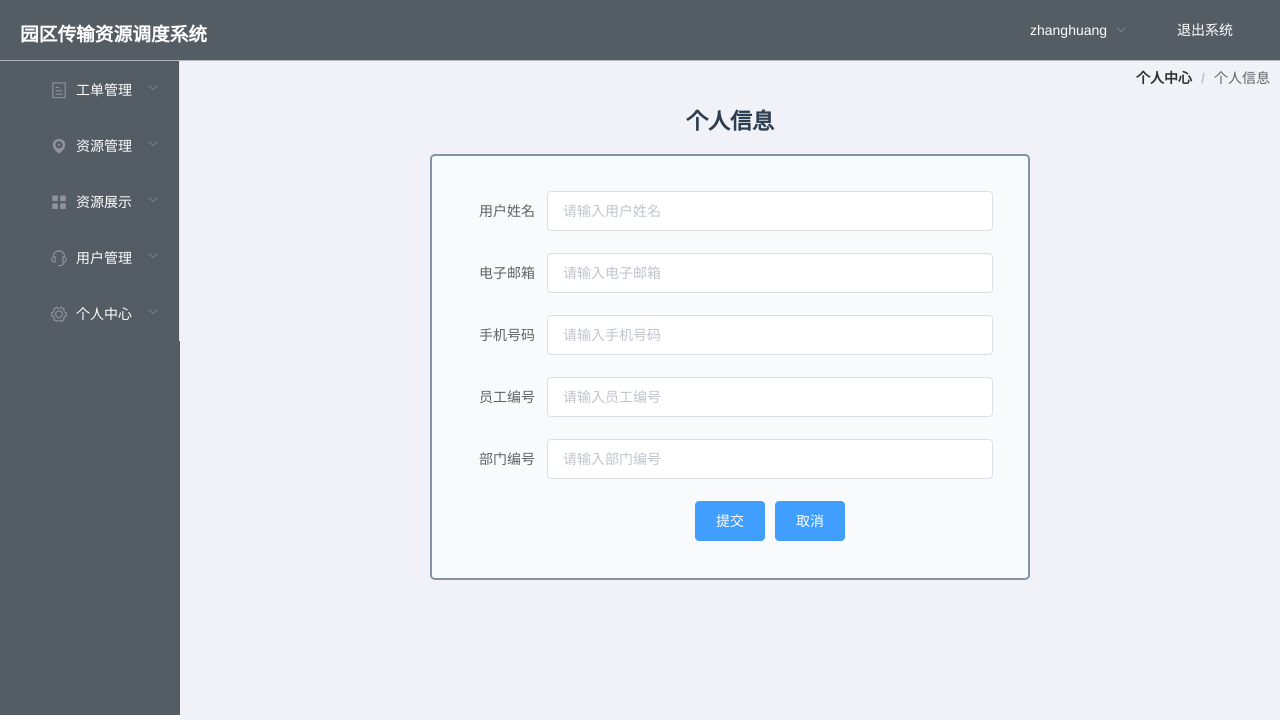
Repository: LezBaishi/yqpass
Page: /#/personcenter (app in yqpass-v1.5/frontend/)
An editor plug-in stored every save of this project. The page is shown before and after the next save, followed by the edit.
The browser window is 1280 px wide. The pictures show the whole page.
The page's requests for data from a server got no answer. The project was rebuilt for these pictures with package versions that can differ from the ones it lists, and the page was loaded fresh each time. No one was signed in, and anything a server would have sent is missing. Also part of the build but not shown: yqpass-v1.5/frontend/src/components/OrderlistNew.vue, yqpass-v1.5/frontend/src/components/OrderDetailUnfinished.vue, yqpass-v1.5/frontend/src/components/OrderlistUnfinished.vue, yqpass-v1.5/frontend/src/components/OrderDetailCompleted.vue, yqpass-v1.5/frontend/src/components/OrderlistCompleted.vue, yqpass-v1.5/frontend/src/components/Orderlist.vue, yqpass-v1.5/frontend/src/components/ResCableDetail.vue, yqpass-v1.5/frontend/src/components/ResCable.vue and 13 more.

Above is the page before, as saved 2018-10-21 17:27:05.

### yqpass-v1.5/frontend/index.html
<!DOCTYPE html>
<html>
  <head>
    <meta charset="utf-8">
    <meta name="viewport" content="width=device-width,initial-scale=1.0">
    <title>zhang</title>
  </head>
  <body>
    <div id="app"></div>
    <!-- built files will be auto injected -->
  </body>
</html>

### yqpass-v1.5/frontend/src/main.js
// The Vue build version to load with the `import` command
// (runtime-only or standalone) has been set in webpack.base.conf with an alias.
import Vue from 'vue'
import App from './App'
import router from './router'
import ElementUI from 'element-ui'
import 'element-ui/lib/theme-chalk/index.css'
import $ from 'jquery'
import store from './store/store'

import './axios/'
import Axios from 'axios'
Axios.defaults.withCredentials = true
Vue.prototype.$http = Axios


Vue.use(ElementUI)
Vue.config.productionTip = false

/* eslint-disable no-new */
new Vue({
  el: '#app',
  store,
  router,
  components: { App },
  template: '<App/>'
})

### yqpass-v1.5/frontend/src/store/store.js
// The Vue build version to load with the `import` command
// (runtime-only or standalone) has been set in webpack.base.conf with an alias.
import Vue from 'vue'
import Vuex from 'vuex'

import mutations from './mutations';
import * as actions from './actions';
import * as getters from './getters';

Vue.use(Vuex);

import cookie from '../static/js/cookie'

const userInfo = {
	name:cookie.getCookie('name')||'',
	token:cookie.getCookie('token')||''
}

const state = {
	userInfo
}

export default new Vuex.Store({
	state,
	mutations,
	actions,
	getters
});

### yqpass-v1.5/frontend/src/axios/index.js
// The Vue build version to load with the `import` command
// (runtime-only or standalone) has been set in webpack.base.conf with an alias.
import Vue from 'vue'
import axios from 'axios'

import store from '../store/store'

import * as types from '../store/mutation-types';
import router from '../router'

axios.defaults.withCredentials = true

// 创建axios实例
const service = axios.create({
	 timeout: 5000, // 请求的超时时间
	 withCredentials: true // 允许携带cookie
})

// request拦截器
service.interceptors.request.use(
 config => {
 // 发送请求之前，要做的业务
 	if (config.method=='post') {
 		config.headers['Content-Type'] = application/json
 	}
 	return config
 },
 error => {
 // 错误处理代码

 return Promise.reject(error)
 }
)

// response拦截器
service.interceptors.response.use(
 response => {
 // 数据响应之后，要做的业务
 return response
 },
 error => {
 return Promise.reject(error)
 }
)
export default service

### yqpass-v1.5/frontend/src/components/Layout.vue
<template lang="html">
  <el-row class="panel">
    <el-row class="top">
      <el-col :span='24' class="panel-top">
        <el-col style="width:240px; padding-left:20px; height: 100%;align-items: flex-end;">
          <!-- <img src="../assets/logo1.png"  alt="log" class="img" /> -->
          <!-- <a style="font-size: 28px;color: #ffffff;">ChinaMobile</a> -->
          <h3 style="color:#ffffff;">{{ msg }}</h3>
        </el-col>
        <el-col class='rightbar'>
          <el-menu router mode="horizontal" @select="handleSelect" background-color="#545c64" text-color="#fff" active-text-color="#ffd04b">
            <el-submenu index="1">
              <template slot="title">zhanghuang</template>
              <el-menu-item index="/personcenter">个人中心</el-menu-item>
            </el-submenu>
            <el-menu-item index="2">退出系统</el-menu-item>
          </el-menu>
            <!-- <el-dropdown trigger="click"  placement="bottom-end" v-if="userInfo.name">
            <span class="el-dropdown-link" v-model="name" style="cursor: pointer;font-weight:700l;font-size:15px;">
              欢迎您： {{userInfo.name}}<i class="el-icon-caret-bottom el-icon--right"></i>
            </span>
            <el-dropdown-menu slot="dropdown">
              <el-dropdown-item @click.native="toPersonCenter">个人中心</el-dropdown-item>
              <el-dropdown-item @click.native="toLogin">退出登录</el-dropdown-item>
            </el-dropdown-menu>
          </el-dropdown>
          <el-dropdown trigger="click" placement="top" v-else>
            <span class="el-dropdown-link" v-model="name" style="cursor: pointer;font-weight:700l;font-size:15px;">
              您好，请先登录<i class="el-icon-caret-bottom el-icon--right"></i>
            </span>
            <el-dropdown-menu slot="dropdown">
              <el-dropdown-item @click.native="firstLogin">前往登录</el-dropdown-item>
              <el-dropdown-item @click.native="firstRes">前往注册</el-dropdown-item>
            </el-dropdown-menu>
          </el-dropdown>             -->
        </el-col>
      </el-col>
    </el-row>
    <!-- <el-row class="top-nav">
      <el-col :span=10 :push="3">
          <el-tabs v-model="activeName" :stretch="true" @tab-click="handleClick" type="border-card">
          	<el-tab-pane v-for="(item, index) in label_list" :key="index" :label="item.title" :name="index">{{ item.title }}</el-tab-pane>
          </el-tabs>
      </el-col>
    </el-row> -->
    <el-row class="panel-center">
      <router-view></router-view>
    </el-row>
  </el-row>
</template>

<script>
import Orderlist from '../components/Orderlist'
import Resmanagement from '../components/Resmanagement'
import PersonCenter from '@/components/PersonCenter'
import { logout,getUserDetail } from '../api/api'
import { mapGetters } from 'vuex';
export default {
  components: {
  	Orderlist,
  	Resmanagement,
  	PersonCenter
  },
  data () {
    return {
      activeName: '0',
      msg: '园区传输资源调度系统',
      label_list: [
        {
          title: '工单管理',
        },
        {
          title: '资源管理',
        },
        {
          title: '资源展示',
        },
        {
          title: '用户管理',
        }
      ]
    }
  },
  computed: {
  	...mapGetters({
  		userInfo: 'userInfo'
  	})
  },
  methods: {
    handleClick (tab, event) {
      console.log(tab, event);
      let urlStr = '/' + this.activeName;
      this.$router.push(urlStr);
    },
    toPersonCenter () {
	  	  getUserDetail({}).then((response)=> {
	  		if (response.data.code == 1) {
	  			this.$router.push({path: '/personcenter'})
	  		}else{
	  			return response.data.msg
	  		}
	  	})

    },
    toLogin () {
    	this.$confirm('是否确定退出系统', '提示', {
    		confirmButtonText: '确定',
    		cancelButtonText: '取消',
    		type: 'warning'
    	}).then(() => {
		  	  logout({}).then((response)=> {
		  		console.log(response);
		  		if (response.data.code == 1) {
    				this.$router.push({path: '/login'})
		  		}else{
		  			return response.data.msg
		  		}
		  	})
    	}).catch(() => {

    	});
    },
    firstLogin () {
    	this.$router.push({path: '/login'})
    },
    firstRes () {
    	this.$router.push({path: '/reg'})
    }
  }
}
</script>

<!-- Add "scoped" attribute to limit CSS to this component only -->
<style lang="css" scoped>
h1, h2 {
  font-weight: normal;
}
ul {
  list-style-type: none;
  padding: 0;
}
li {
  display: inline-block;
  margin: 0 10px;
}
a {
  color: #42b983;
}
.panel {
  position:absolute;
  top:0;
  bottom: 5px;
  left: 0;
  right: 0;
  background:#ffffff;
}
.panel-top {
  display: flex;
  justify-content: space-between;
  height: 60px;
  background: #545c64;
  /* color: #c0ccda; */
  text-align: left;
  /* padding-left: 70px; */
}
.img{
  height:60px;
  left:0px;
  top:0px;
}
.rightbar {
  width: 280px;
  /* text-align: right; */
  /* padding-right: 20px; */
  /* line-height:50px; */
  /* align-items: center; */
  /* justify-content: flex-end; */
}
.top-nav {
	height: 40px;
}
.panel-center {
  background: #545c64;
  position: absolute;
  top: 60px;
  bottom: 0px;
  width: 100%;
  margin: auto 0;
    /*最外层要hidden*/
    /*这是行，绝对定位之后没有宽度因此必须设置width*/
}
.breadcrumb {
  margin-bottom: 10px;
}
.button_nav {
  margin-bottom: 10px;
}
.panel-c-c {
    /*这是列，因为已经有了列的宽度因此无需设置width*/
  background: #f1f2f7;
  position: absolute;
  right: 0px;
  top: 0px;
  bottom: 0px;
    /*内层设置滚动*/
  padding: 10px;
}
</style>

### yqpass-v1.5/frontend/src/components/PersonCenter.vue
<template lang="html">
  <div>
  	<el-row class="sidebar">
  	<el-col>
        <el-menu router default-active="2" @open="handleOpen" @close="handleClose" background-color="#545c64" text-color="#fff" active-text-color="#ffd04b">
            <el-submenu index="1">
              <template slot="title">
                <i class="el-icon-tickets"></i>
                <span>工单管理</span>
              </template>
              <el-menu-item index="/0/orderNew">新建工单</el-menu-item>
              <el-menu-item index="/0/orderUnfinished">待办工单</el-menu-item>
              <el-menu-item index="/0/orderCompleted">已办工单</el-menu-item>
            </el-submenu>
            <el-submenu index="2">
              <template slot="title">
                <i class="el-icon-location"></i>
                <span>资源管理</span>
              </template>
              <el-menu-item index="/1/resCable">光缆总表</el-menu-item>
              <el-menu-item index="/1/resCircuit">已用电路</el-menu-item>
            </el-submenu>
            <el-submenu index="3">
              <template slot="title">
                <i class="el-icon-menu"></i>
                <span>资源展示</span>
              </template>
            </el-submenu>
            <el-submenu index="4">
              <template slot="title">
                <i class="el-icon-service"></i>
                <span>用户管理</span>
              </template>
              <el-menu-item index="/3/userList">用户列表</el-menu-item>
              <el-menu-item index="/3/roleList">角色列表</el-menu-item>
              <el-menu-item index="/3/deptList">部门列表</el-menu-item>
            </el-submenu>
            <el-submenu index="5">
              <template slot="title">
                <i class="el-icon-setting"></i>
                <span>个人中心</span>
              </template>
              <el-menu-item index="/personcenter/infor">个人信息</el-menu-item>
              <el-menu-item index="/personcenter/changepass">修改密码</el-menu-item>
            </el-submenu>
          </el-menu>
        </el-col>
      </el-row>
      <el-row class="panel-c-c">
        <!-- <el-menu router :default-active="$route.path" theme="dark" @open="handleOpen" @close="handleClose">
          <el-submenu>
            <template slot="title">个人中心</template>
            <el-menu-item index="/personcenter/infor">个人信息</el-menu-item>
            <el-menu-item index="/personcenter/changepass">修改密码</el-menu-item>
          </el-submenu>
        </el-menu> -->
      <el-col>
      	<router-view></router-view>
      </el-col>
    </el-row>
  </div>
</template>

<script>
import PersonInfor from '@/components/PersonInfor'
import PersonChangepass from '@/components/PersonChangepass'
export default {
  components: {
  	PersonInfor,
  	PersonChangepass
  },
  data () {
    return {

    }
  },
  methods: {

  }
}
</script>

<!-- Add "scoped" attribute to limit CSS to this component only -->
<style lang="css" scoped>
.container {
	position: absolute;
  	height: 100%;
  	width: 100%;
}
.sidebar {
	position: fixed;
  top: 60px;
  bottom: 0px;
  left: 0px;
  width: 180px;
  border-top: 1px solid RGBA(178,184,190,1);
  z-index: 2000;
  overflow-x: scroll;
}
.panel-c-c {
    /*这是列，因为已经有了列的宽度因此无需设置width*/
  background: #f1f2f7;
  position: fixed;
  top: 60px;
  bottom: 0px;
  left: 180px;
  right: 0px;
  border-top: 1px solid RGBA(178,184,190,1);
  overflow-y: scroll;
    /*内层设置滚动*/
  padding: 10px;
}
</style>

### yqpass-v1.5/frontend/src/components/PersonInfor.vue
<template lang="html">
  <div>
    <el-row class="container">
    <el-row>
          <!--<el-col :span='12' class="button_nav">
            <el-button type="primary" icon="el-icon-edit" size="mini" circle style='float: left;' @click="searchBtn"></el-button>
            <el-button type="primary" icon="el-icon-refresh" size="mini" circle style='float: left;'></el-button>
          </el-col>-->
          <el-col :offset="12" :span='12' class="breadcrumb">
            <el-breadcrumb separator="/" style='float: right;'>
              <el-breadcrumb-item :to="{ path: '/' }">个人中心</el-breadcrumb-item>
              <el-breadcrumb-item>个人信息</el-breadcrumb-item>
            </el-breadcrumb>
          </el-col>
    </el-row>
		  	<h2 style="font-size:22px;">个人信息</h2>
		  	<el-row class="content">
		  	<el-form ref="order_form" :model="order_form" status-icon :rules="order_rule" label-width="80px">
		  		<el-row>
		  			<el-form-item label="用户姓名" prop="alias">
		  				<el-input  placeholder="请输入用户姓名" v-model="order_form.alias"></el-input>
		  			</el-form-item>
		  		</el-row>
		  		<el-row>
		  			<el-form-item label="电子邮箱" prop="email">
		  				<el-input placeholder="请输入电子邮箱" v-model="order_form.email"></el-input>
		  			</el-form-item>
		  		</el-row>
		  		<el-row>
		  			<el-form-item label="手机号码" prop="phone">
		  				<el-input placeholder="请输入手机号码" v-model="order_form.phone"></el-input>
		  			</el-form-item>
		  		</el-row>
		  		<el-row>
		  			<el-form-item label="员工编号" prop="job_number">
		  				<el-input placeholder="请输入员工编号" v-model="order_form.job_number"></el-input>
		  			</el-form-item>
		  		</el-row>
		  		<el-row>
		  			<el-form-item label="部门编号" prop="dept_id">
		  				<el-input placeholder="请输入部门编号" v-model="order_form.dept_id"></el-input>
		  			</el-form-item>
		  		</el-row>
		  		<el-row>
		  			<el-form-item>
		  				<el-button type="primary" @click="updateUserinfo('order_form')">提交</el-button>
		  				<el-button type="primary" @click="pass">取消</el-button>
		  			</el-form-item>
		  		</el-row>
		  	</el-form>
  </el-row>
  </el-row>
  </div>
</template>

<script>
import { getUserDetail,updateUserInfo,getToken } from '../api/api'
export default {
  data () {
  	var checkAlias = (rule,value,callback)=>{
  		if (!value) {
  			return callback(new Error('用户姓名不能为空'));
  		} else {
  			callback();
  		}
  	};
  	var checkEmail = (rule,value,callback)=> {
  		var reg = new RegExp("^([a-zA-Z0-9_.-]+)\@(gd\.chinamobile\.com)$")
  		if (!value) {
  			return callback(new Error('邮箱不能为空'));
  		} else if (!reg.test(value)) {
  			return callback(new Error('邮箱格式不正确'));
  		} else {
  			callback();
  		}
  	};
  	var checkPhone = (rule, value, callback)=> {
  		var reg = new RegExp("^(13[0-9]|14[579]|15[0-3,5-9]|16[6]|17[0135678]|18[0-9]|19[89])[0-9]{8}$")
  		if (!value) {
  			return callback(new Error('电话号码不能为空'));
  		} else if (!reg.test(value)) {
  			return callback(new Error('电话号码格式不正确'));
  		} else {
  			callback();
  		}
  	};
  	var checkJob_number = (rule,value,callback)=>{
  		if (!value) {
  			return callback(new Error('员工编号不能为空'));
  		} else {
  			callback();
  		}
  	};
  	var checkDept_id = (rule,value,callback)=>{
  		if (!value) {
  			return callback(new Error('部门编号不能为空'));
  		} else {
  			callback();
  		}
  	};
    return {
    	csrf_token: '',
      order_form: {
      	alias: '',
      	email: '',
      	phone: '',
      	job_number: '',
      	dept_id: ''
      },
      order_rule: {
      	alias: [
      		{ validator:checkAlias, trigger:'blur' },
      	],
      	email: [
      		{ validator:checkEmail, trigger:'blur' },
      	],
      	phone: [
      		{ validator:checkPhone, trigger:'blur' },
      	],
      	job_number: [
      		{ validator:checkJob_number, trigger:'blur' },
      	],
      	dept_id: [
      		{ validator:checkDept_id, trigger:'blur' },
      	]
      }
    }
  },
  methods: {
  	submit () {
  		this.$router.push({path: '/'})
  	},
  	toReg () {
  		this.$router.push({path: '/reg'})
  	},
  	get_token () {
  	  getToken({}).then((response)=> {
  		if (response.data.code == 1) {
  			this.csrf_token = response.data.data
  			console.log(this.csrf_token)
  		}else{
  			return response[msg]
  		}
  	})
  	},
  	getUserinfo () {
	  	getUserDetail({}).then((response)=> {
	  		console.log(response);
	  		var dat = response.data.data;
	  		var that = this;
	  		if (response.data.code == 1) {
	  			that.order_form = dat;
	  		}
	  	})
  	},
  	updateUserinfo (formName) {
  		this.$refs[formName].validate((valid) => {
  			if (valid) {
	  		var that = this;
        let json = {};
        json["csrfmiddlewaretoken"] = that.csrf_token;
        json["alias"] = that.order_form.alias;
        json["email"] = that.order_form.email;
        json["phone"] = that.order_form.phone;
        json["job_number"] = that.order_form.job_number;
        json["dept_id"] = that.order_form.dept_id;
        var params = JSON.stringify(json);
	  		updateUserInfo(params).then((response)=> {
	  			console.log(response)
	  			if (response.data.code == 1) {
	  				this.$notify({
	  					title: '提示',
	  					message: '修改信息成功',
	  					type:"success",
	  					duration: 1500
	  				});
	  			}
	  		});
  			} else {
            console.log('error submit!!');
            return false;
  			}
  		})

  	}
  },
  created () {
  	this.getUserinfo();
  	this.get_token();
  }
}
</script>

<!-- Add "scoped" attribute to limit CSS to this component only -->
<style lang="css" scoped>
.container{
  height: 100%;
  width: 100%;
}
.el-form-item {
	text-align: center;
}
.content {
  -webkit-border-radius: 5px;
  border-radius: 5px;
  -moz-border-radius: 5px;
  background-color: #F9FAFC;
  margin: 15px auto 20px auto ;
  border: 2px solid #8492A6;
  width: 600px;
  padding: 35px 35px 15px 35px;
}
</style>

### yqpass-v1.5/frontend/src/store/mutations.js
import * as types from './mutation-types';
import cookie from '../static/js/cookie';
// 类似于事件 每个mutation都有字符类型的事件类型和回调函数
//全局引入vue
import Vue from 'vue';
import Axios from 'axios';
Vue.prototype.$http = Axios

export default {
    [types.SET_INFO] (state) {
        state.userInfo = {
            name:cookie.getCookie('name'),
        }
        console.log(state.userInfo);
    },

}

### yqpass-v1.5/frontend/src/store/actions.js
import * as types from './mutation-types';
// 提交mutation
function makeAction (type) {
  return ({ commit }, ...args) => commit(type, ...args);
};

export const setInfo = makeAction(types.SET_INFO);

### yqpass-v1.5/frontend/src/store/getters.js
export const userInfo = state => {
	return state.userInfo;
}

### yqpass-v1.5/frontend/src/static/js/cookie.js
//设置cookie,增加到vue实例方便全局调用
//vue全局调用的理由是，有些组件所用到的接口可能需要session验证，session从cookie获取
//当然，如果session保存到vuex的话除外
//全局引入vue
var cookie={
  setCookie (c_name, value, expiredays){
    var exdate = new Date();
    exdate.setTime(exdate.getTime()+expiredays);
    exdate.setDate(exdate.getDate() + expiredays);
    document.cookie = c_name + "=" + escape(value) + ((expiredays == null) ? "" : ";expires=" + exdate.toGMTString());
  },
  getCookie(name){
    var arr, reg = new RegExp("(^| )" + name + "=([^;]*)(;|$)");
    if (arr = document.cookie.match(reg))
      return (arr[2]);
    else
      return null;
    },
  delCookie(name){
    var exp = new Date();
    exp.setTime(exp.getTime() - 1);
    var cval = cookie.getCookie(name);
    if (cval != null)
      document.cookie = name + '=; expires=Thu, 01 Jan 1970 00:00:01 GMT;';
  }
}

export default cookie;

### yqpass-v1.5/frontend/src/store/mutation-types.js
// 使用常量替代mutation事件类型。
export const SET_INFO = 'SET_INFO';

### yqpass-v1.5/frontend/src/api/api.js
import axios from 'axios'

let host = 'api';

//获取CSRF TOKEN
export const getToken = () => {
	return axios.get(`${host}/accounts/get_token/`)
}

//登录
export const login = params => {
	return axios.post(`${host}/accounts/login/`, params, {headers: {'Content-Type': 'application/json'}})
}

//注册
export const register = params => {
	return axios.post(`${host}/accounts/register/`, params)
}

//注销
export const logout = () => {
	return axios.get(`${host}/accounts/logout/`)
}

//获取用户信息
export const getUserDetail = () => {
	return axios.get(`${host}/accounts/account_change/`)
}

//修改用户信息
export const updateUserInfo = params => {
	return axios.post(`${host}/accounts/account_change/`, params)
}

//修改密码
export const changePass = params => {
	return axios.post(`${host}/accounts/password_change/`, params)
}

//获取用户列表
export const getUserList = params => {
	return axios.get(`${host}/accounts/user_list/`, params)
}

//获取用户详情
export const getUserDetailInfo = (id) => {
	return axios.get(`${host}/accounts/`+id+`/user_detail/`)
}

//删除用户
export const deleteUser = params => {
	return axios.post(`${host}/accounts/user_delete/`, params)
}

//获取角色列表
export const getRoleList = params => {
	return axios.get(`${host}/accounts/role_list/`, params)
}

//获取角色详情
export const getRoleDetail = (id) => {
	return axios.get(`${host}/accounts/`+id+`/role_detail/`)
}

//删除角色
export const deleteRole = params => {
	return axios.post(`${host}/accounts/role_delete/`, params)
}

//获取部门列表
export const getDeptList = params => {
	return axios.get(`${host}/accounts/dept_list/`, params)
}

//获取部门详情
export const getDeptDetail = (id) => {
	return axios.get(`${host}/accounts/`+id+`/dept_detail/`)
}

//删除部门
export const deleteDept = params => {
	return axios.post(`${host}/accounts/dept_delete/`, params)
}

//获取工单列表
export const getTicketList = params => {
	return axios.get(`${host}/tickets/`, params)
}

//新建工单
export const postTicketList = params => {
	return axios.post(`${host}/tickets/`, params)
}

//获取工作流初始状态
export const getWorkflowInitState = () => {
	return axios.get(`${host}/workflow/1/init_state/`)
}

//获取工单详情
export const getTicketDetail = (id) => {
	return axios.get(`${host}/tickets/`+id)
}

//处理工单
export const dealTicket = (id,params) => {
	return axios.post(`${host}/tickets/`+id+`/`, params)
}

//获取工单流转记录
export const getTicketFlowlogs = (id,params) => {
	return axios.get(`${host}/tickets/`+id+`/flowlogs/`, params)
}

//获取工单处理步骤信息
export const getTicketFlowsteps = (id) => {
	return axios.get(`${host}/tickets/`+id+`/flowsteps/`)
}

//获取楼栋机房信息列表
export const getBuildingRoomList = params => {
	return axios.get(`${host}/resmanage/building_room/`, params)
}

//获取光缆段（视图）列表
export const getCableList = params => {
	return axios.get(`${host}/resmanage/ocable_section/`, params)
}

//获取纤芯（视图）列表
export const getCableDetailList = params => {
	return axios.get(`${host}/resmanage/ofiber_core/`, params)
}

Loaded but not shown: yqpass-v1.5/frontend/src/App.vue (common file); yqpass-v1.5/frontend/src/router/index.js (178 lines, source omitted)

After the next save:
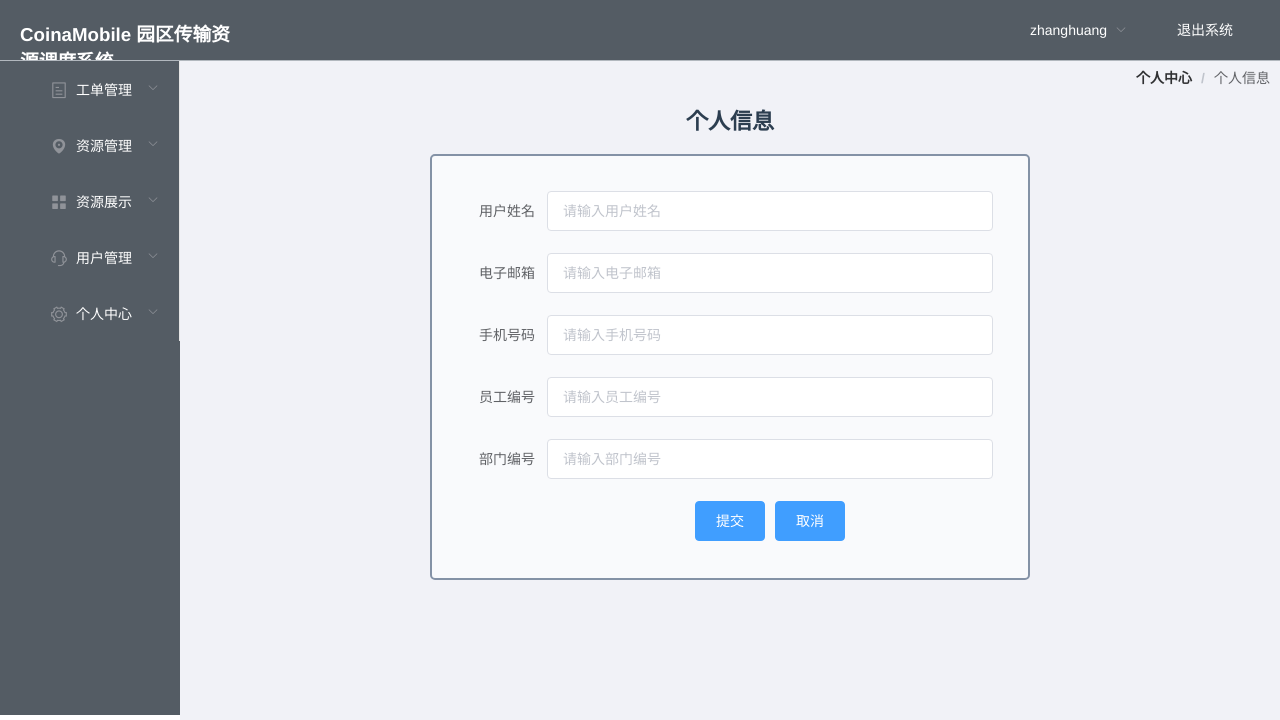
Saved 21 s later.
--- a/yqpass-v1.5/frontend/src/components/Layout.vue
+++ b/yqpass-v1.5/frontend/src/components/Layout.vue
@@ -64,7 +64,7 @@
   data () {
     return {
       activeName: '0',
-      msg: '园区传输资源调度系统',
+      msg: 'CoinaMobile 园区传输资源调度系统',
       label_list: [
         {
           title: '工单管理',
